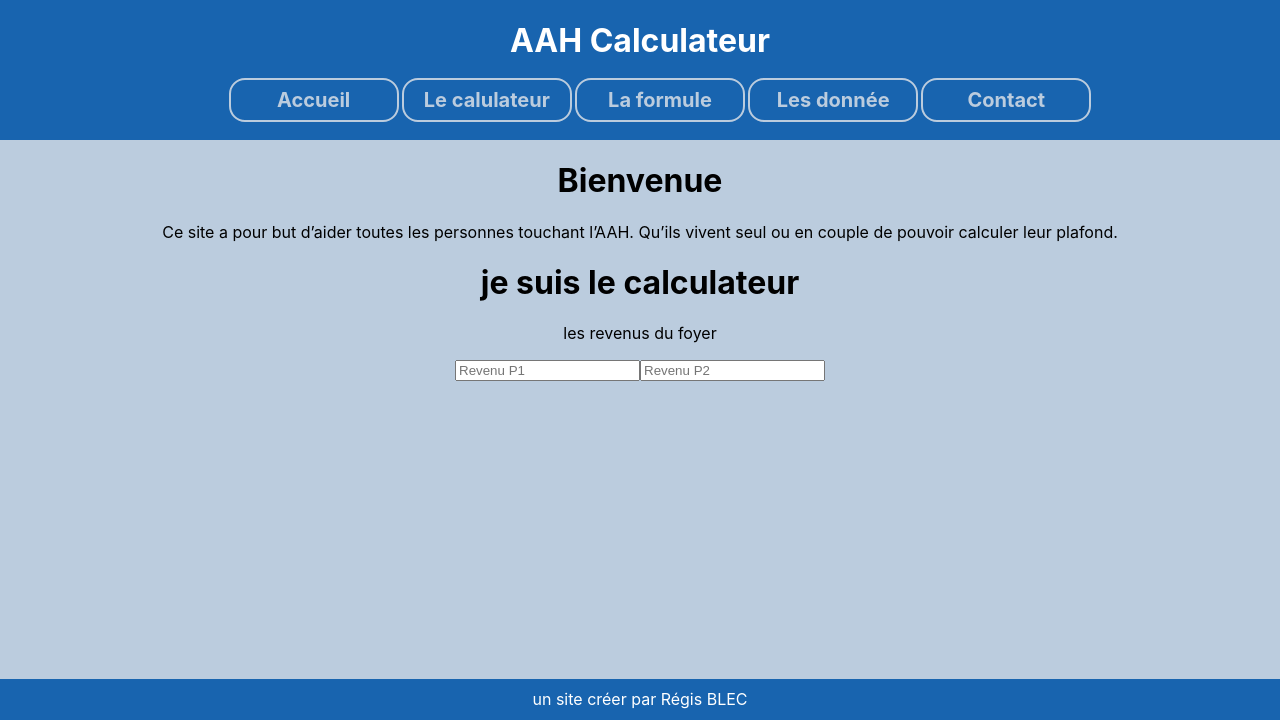
Repository: Cide74/calculateur-aah
Page: /
The author's editor kept a copy of each file at every save. The page is drawn from the files as they stood at one save, then again after the next save.
The browser window is 1280 px wide. The pictures show the whole page.
The project was rebuilt for these pictures with package versions that can differ from the ones it lists, and the page was loaded fresh each time. Also part of the build but not shown: src/components/Calculator/Calculator.scss.

Above is the page before, as saved 2021-04-05 17:16:16.

After the next save:
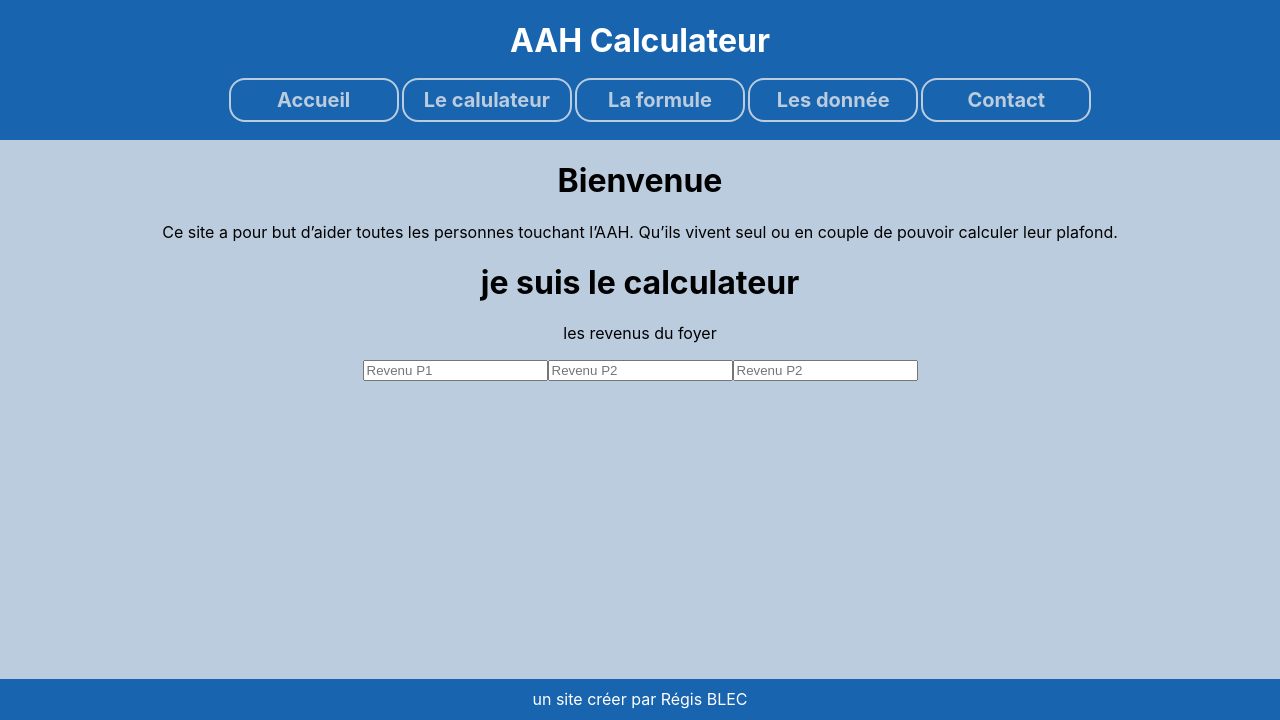
Saved 9 s later.
--- a/src/components/Calculator/Calculator.js
+++ b/src/components/Calculator/Calculator.js
@@ -38,6 +38,15 @@ export default function Calculator() {
           placeholder='Revenu P2 '
           name='revenu1'
         />
+                <input
+          type='number'
+          className='field-input-revenu'
+          onChange= ''
+          value=""
+          //onChange={handleChange}
+          placeholder='Revenu P2 '
+          name='revenu1'
+        />
       </form>
     </div>
   );
